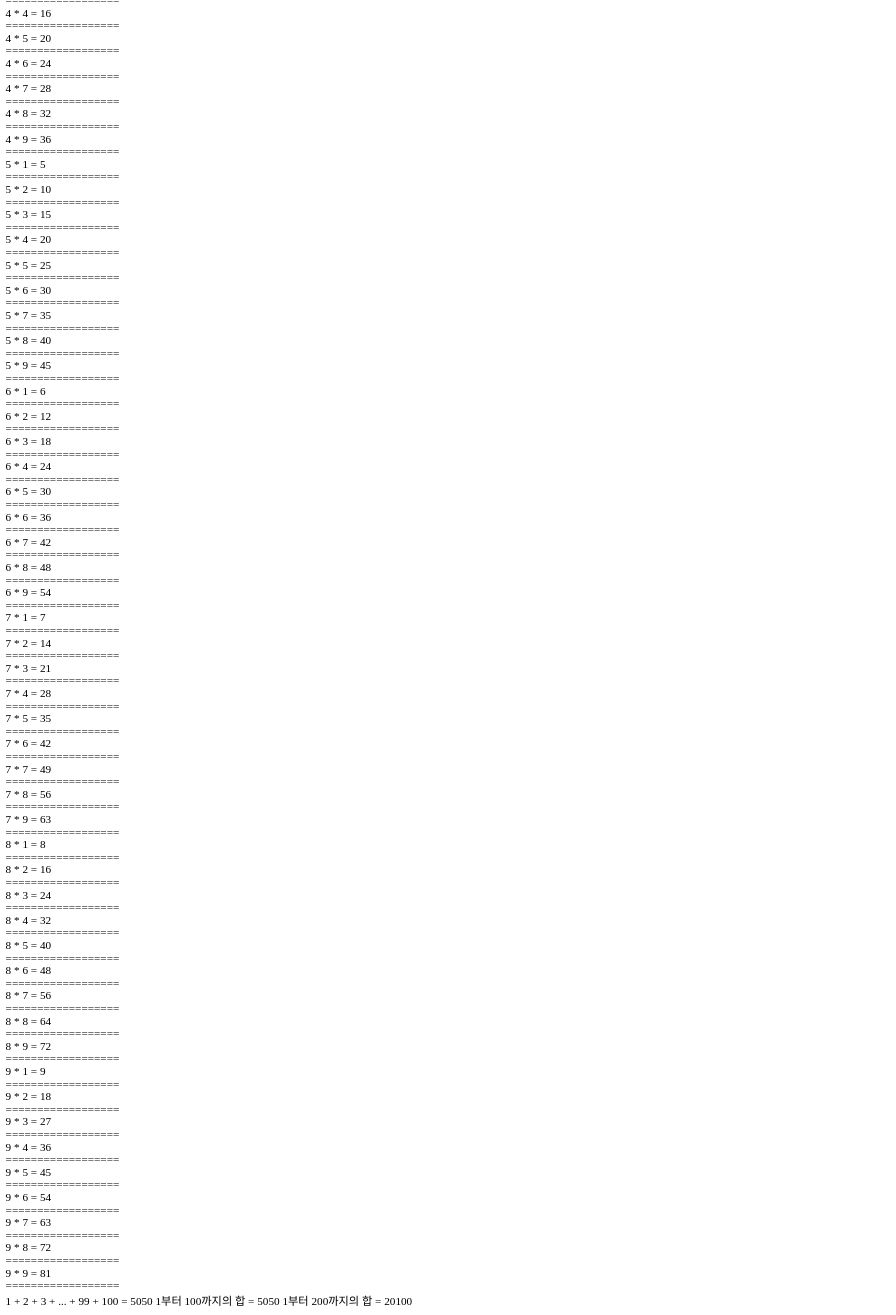
Repository: bjKim2/JSP
Page: http://localhost/JSP/Ex02.jsp
An editor plug-in stored every save of this project. The page is shown before and after the next save, followed by the edit.
The browser window is 1280 px wide. The pictures show the part of the page from y = 754 to 2674 px (the page is 2632 px tall before and 2674 px after), at 70% of full size.
The page is served by Tomcat 9.

Above is the page before, as saved 2022-03-15 07:23:09.

After the next save:
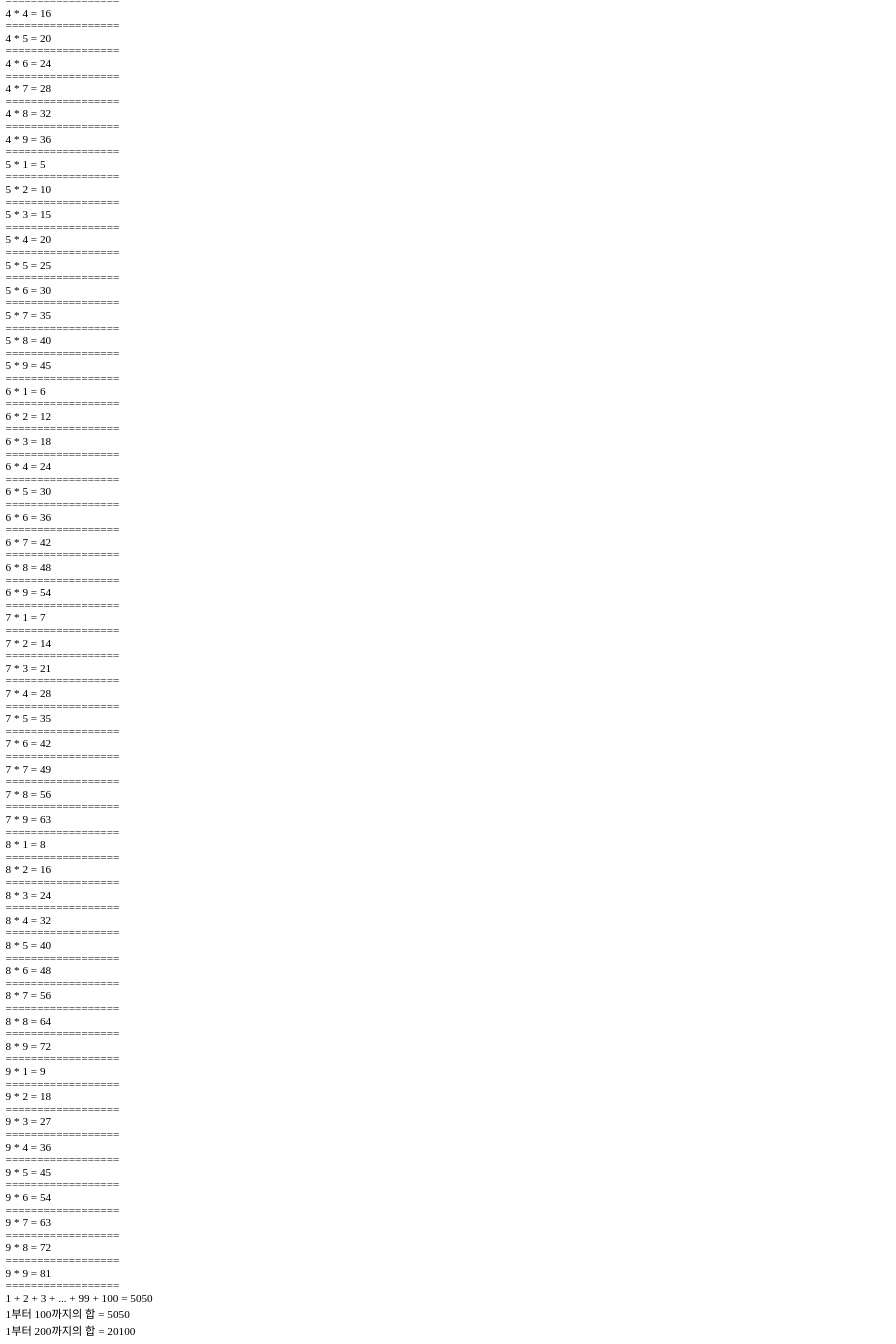
Saved 19 s later.
--- a/JSP/src/main/webapp/Ex02.jsp
+++ b/JSP/src/main/webapp/Ex02.jsp
@@ -36,7 +36,7 @@
 	}
 	%>
 
-	1 + 2 + 3 + ... + 99 + 100 = <%=sum %>
+	1 + 2 + 3 + ... + 99 + 100 = <%=sum %><br>
 
 <%
 	int sum1,sum2 ;
@@ -44,8 +44,9 @@
 	sum2 = (1+200) * ((200-1+1)/2 + (200%2));
 
 %>
-	1부터 100까지의 합 = <%=sum1 %>
-	1부터 200까지의 합 = <%=sum2 %>
+
+	1부터 100까지의 합 = <%=sum1 %><br>
+	1부터 200까지의 합 = <%=sum2 %><br>
 
 
 </body>
